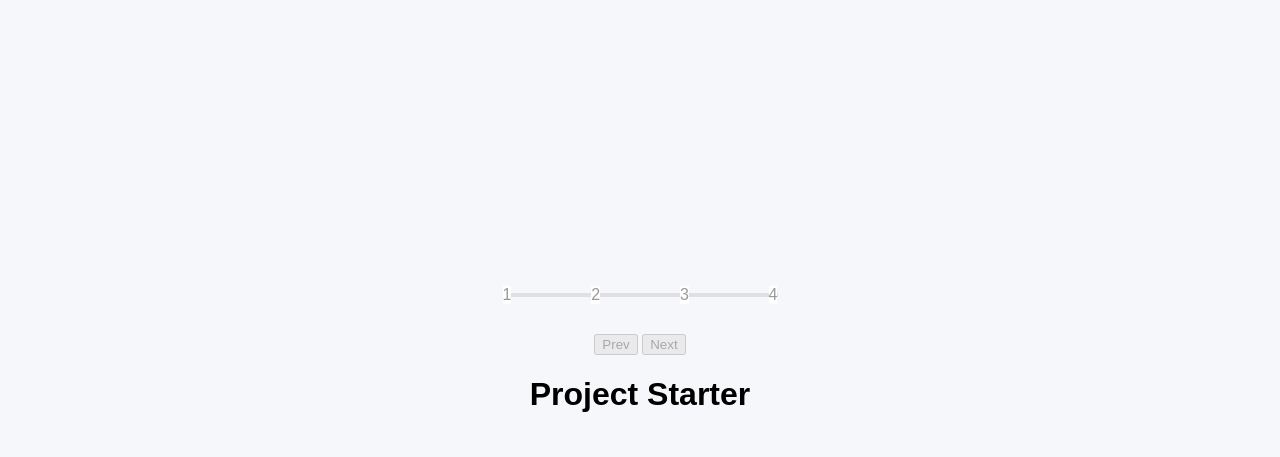
Repository: Williamlmachado/Progress-steps
Page: index.html
An editor plug-in stored every save of this project. The page is shown before and after the next save, followed by the edit.
The browser window is 1280 px wide. The pictures show the whole page.
Some web fonts or font styles are not loaded; a fallback is used.

Above is the page before, as saved 2021-08-11 09:44:15.

### index.html
<!DOCTYPE html>
<html lang="en">
    <head>
        <meta charset="UTF-8">
        <meta name="viewport" content="width=device=width, initial-scale=1.0"/>
        <link rel="stylesheet" href="style.css"/>
        <title>Progress Steps</title>
    </head>
    <body>
        <div class="container">
            <div class="progress-container">
                <div class="progress" id="progress"></div>
                <div class="circle active">1</div>
                <div class="circle">2</div>
                <div class="circle">3</div>
                <div class="circle">4</div>
            </div>
            <button class="btn" id="prev" disabled>Prev</button>
            <button class="btn" id="prev" disabled>Next</button>
        </div>
        <h1>Project Starter</h1>
        <script src="script.js"></script>
    </body>
</html>

### style.css
@import url('https://font.googleapis.com/css?family=Muli&display=swap');

*{
    box-sizing: border-box;
}
body{
    background-color: #f6f7fb;
    font-family: 'Muli',sans-serif;
    display: flex;
    flex-direction: column;
    align-items: center;
    justify-content: center;
    height: 100vh;
    overflow: hidden;
    margin: 0;
}
.container{
    text-align: center;
}
.progress-container{
    display: flex;
    justify-content: space-between;
    position: relative;
    margin-bottom: 30px;
    max-width: 100%;
    width: 275px;
}
.progress-container::before{
    content: '';
    background-color: #e0e0e0;
    position: absolute;
    top:50%;
    left: 0;
    transform: translateY(-50%);
    height: 4px;
    width: 100%;
    z-index: -1;
}
.progress{
    background-color: #3498db;
    position: absolute;
    top:50%;
    left: 0;
    transform: translateY(-50%);
    height: 4px;
    width: 0%;
    z-index: -1;
    transition: 0.4s ease;
}
.circle{
    background-color: #fff;
    color: #999;

}

Loaded but not shown: script.js (no copy from this time; the picture is the same without it)

After the next save:
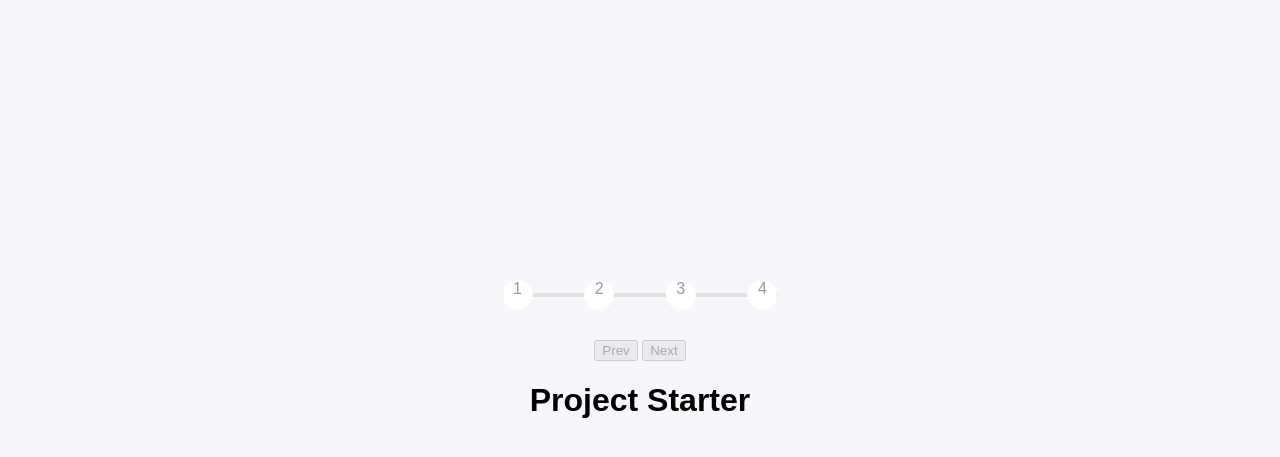
Saved 20 s later.
--- a/style.css
+++ b/style.css
@@ -50,5 +50,7 @@ body{
 .circle{
     background-color: #fff;
     color: #999;
-
+    border-radius: 50%;
+    height: 30px;
+    width: 30px;
 }
